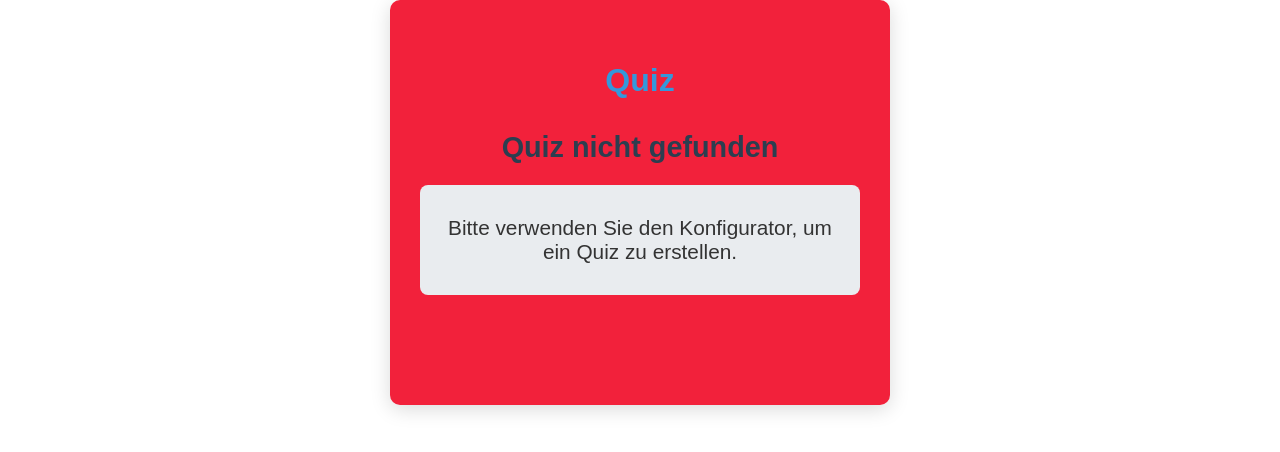
Repository: SandroGansner/LMS-Quiz-Builder
Page: quiz-widget.html
These files come from the project's save history. The page is drawn as it stood at one moment and after the next save; the edit follows.
The browser window is 1280 px wide. The pictures show the whole page.

Above is the page before, as saved 2025-06-04 11:05:26.

After the next save:
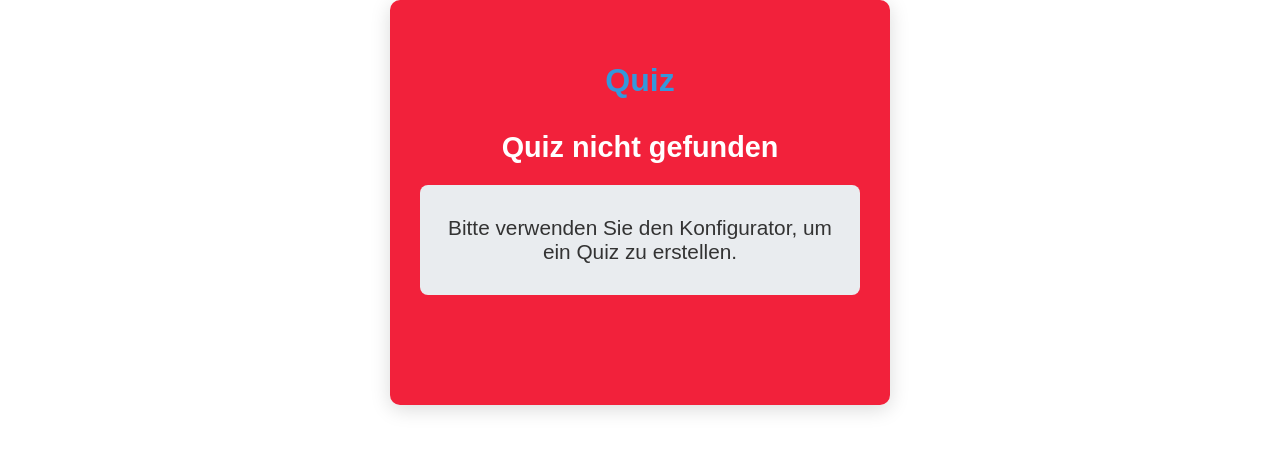
Saved 65 s later.
--- a/quiz-widget.html
+++ b/quiz-widget.html
@@ -46,7 +46,7 @@ body {
     margin: 0 auto 15px; /* Added to center the logo and add margin */
 }
 .quiz-title {
-    color: #2c3e50;
+    color: #fff; /* Changed to white */
     font-size: 1.8em;
     margin-top: 0;
     margin-bottom: 20px;
